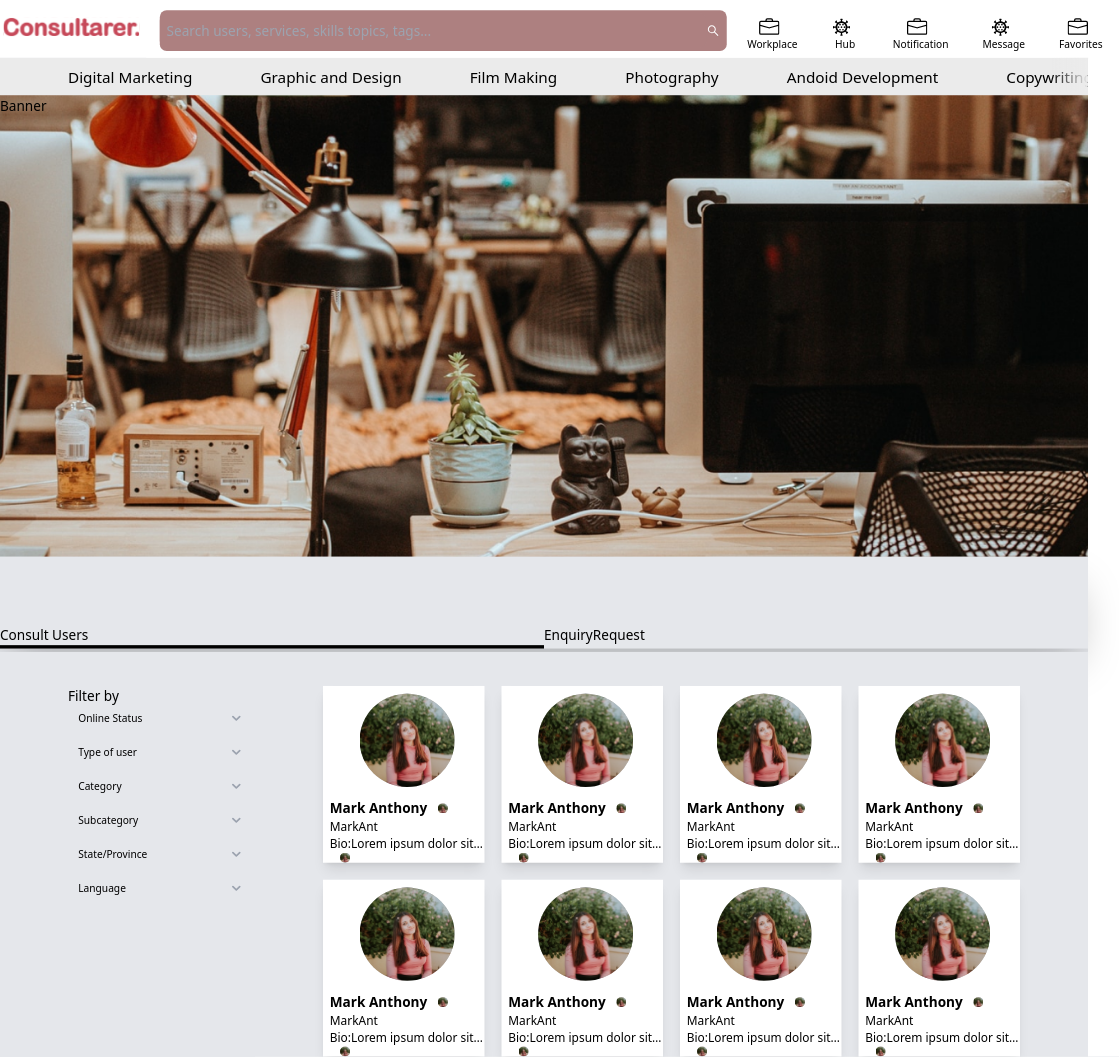
Repository: hisreal123/Consultarer
Page: /
These files come from the project's save history. The page is drawn as it stood at one moment and after the next save; the edit follows.
The browser window is 1280 px wide. The page is 1317 px wide, so the pictures cover 1317 px, including what lies to the right of the window. The pictures show the whole page, at 85% of full size.
The project was rebuilt for these pictures with package versions that can differ from the ones it lists, and the page was loaded fresh each time. The framework's server and built-in components were replaced by stand-ins that run in the browser. Also part of the build but not shown: next.config.js, webpack.config.js, components/Filter/Sortby.js.

Above is the page before, as saved 2022-04-26 00:29:37.

### pages/_app.js
import Layout from "../components/Layout";
import "../styles/globals.css";



function MyApp({ Component, pageProps }) {
  return (
    <Layout>
      <Component {...pageProps} />
    </Layout>
  );
}

export default MyApp;

### pages/index.js
import Head from "next/head";
import Image from "next/image";
import CatList from "../components/Category/CatList";
import { CatLinkData } from "../utils/CatLinkdata";
import { Banner } from "../components/Banner/Banner";
import { ContentTab } from "../components/CardContent/ContentTab";

export default function Home({ data }) {
  return (
    <div className=" ">
      <Head>
        <title>Cosultarer.</title>
        <meta name="description" content="Generated by create next app" />
        <link rel="icon" href="/favicon.ico" />
      </Head>

      <main className="bg-gray-200">
        <CatList allCatLinkData={data} />
        <Banner />
        <ContentTab />
      </main>
    </div>
  );
}

export async function getStaticProps() {
  return {
    props: {
      data: CatLinkData,
    },
    revalidate: 4 * 60 * 60,
  };
}

### components/Layout.js
import React from "react";
import { TopNav } from "./TopNav/TopNav";

const Layout = ({ children , toggle}) => {
  return (
    <div className="relative">
      <TopNav toggle={toggle}/>
      {children}
    </div>
  );
};

export default Layout;

### components/Category/CatList.js
import React from "react";
import ListLink from "./ListLink";
const CatList = ({ allCatLinkData }) => {
  return (
    <div className="relative  overflow-hidden ">
      <div className="relative">
        <ListLink data={allCatLinkData} />
      </div>
    </div>
  );
};

export default CatList;

### utils/CatLinkdata.js
// Json Array for CarTegory Section
export const CatLinkData = [
  {
    id: 1,
    Category: " Digital Marketing",
  },
  {
    id: 2,
    Category: " Graphic and Design",
  },
  {
    id: 3,
    Category: " Film Making",
  },
  {
    id: 4,
    Category: " Photography ",
  },
  {
    id: 5,
    Category: " Andoid Development ",
  },
  {
    id: 6,
    Category: " Copywriting ",
  },

  {
    id: 7,
    Category: " Photography ",
  },
  {
    id: 8,
    Category: " Andoid Development ",
  },
  {
    id: 9,
    Category: " Copywriting ",
  },
  {
    id: 10,
    Category: " Digital Marketing",
  },
  {
    id: 11,
    Category: " Graphic and Design",
  },
  {
    id: 12,
    Category: " Film Making",
  },
  {
    id: 13,
    Category: " Photography ",
  },
  {
    id: 14,
    Category: " Andoid Development ",
  },
  {
    id: 15,
    Category: " Copywriting ",
  },

  {
    id: 16,
    Category: " Photography ",
  },
  {
    id: 17,
    Category: " Andoid Development ",
  },
  {
    id: 18,
    Category: " Copywriting ",
  },
]; // End of CatLinks

// for Link Data

### components/Banner/Banner.js
import React from "react";

export const Banner = () => {
  return (
    <div className=" h-[543px]  bg-gray-200 bg-hero bg-origin-content bg-right md:bg-center bg-cover bg-no-repeat  ">
      Banner
    </div>
  );
};

### components/CardContent/ContentTab.js
import { React, Fragment, useState } from "react";
import { EnquiryRequest } from "./EnquiryRequest";
import { ConsultUsers } from "./ConsultUsers";

export const ContentTab = () => {
  const [index, setIndex] = useState(0);
  return (
    <div className="Tabs">
      <div className="tabList  grid grid-cols-2 pt-20 bg-gray-200 mb-1 shadow-2xl z-30">
        <div
          className={`tabHead   ${
            index === 0 ? " border-b-4 border-b-black   " : null
          }`}
          onClick={() => {
            setIndex(0);
          }}
        >
          <h1 className="">Consult Users</h1>
        </div>
        <div
          className={`tabHead ${
            index === 1 ? "  border-b-4 border-b-black " : null
          }`}
          onClick={() => {
            setIndex(1);
          }}
        >
          <h1>EnquiryRequest</h1>
        </div>
      </div>
      <div className="contentl ">
        <div className="tabContent" hidden={index != 0}>
          <ConsultUsers />
        </div>
        <div className="tabContent" hidden={index != 1}>
          <EnquiryRequest />
        </div>
      </div>
    </div>
  );
};

### components/TopNav/TopNav.js
import Link from "next/link";
import { React, useState } from "react";
import Search from "./Search";
import { TopNavMobile } from "../Mobile/TopNavMobile";
import { Aside } from "../Mobile/Aside";
import { AccountLinks } from "../AccountLinks";

// All design are been adjusted to mobile first
export const TopNav = () => {
  return (
    <div className=" shadow-sm ">
      {/* tablet and extended*/}
      <div className=" relative lg:flex item-center ">
        <TopNavMobile />
        <div className="wrap hidden lg:flex  lg:bg-white lg:w-screen   lg:pt-3">
          <Search
            widthStyle="  ml-4 rounded-full hidden md:block lg:mr-1 lg:flex lg:pr-2  lg:bg-[#ad8080] lg:text-white "
            inputStyle="lg:w-[643px] lg:py-2  lg:bg-[#ad8080] lg:pl-2 lg:rounded-lg lg:outline-none lg:text-white"
          />
          <div className="acct w-full relative">
            <AccountLinks />
          </div>
        </div>
      </div>
    </div>
  );
};

### components/Category/ListLink.js
import Link from "next/link";
import React from "react";
import { useRouter } from "next/router";

const ListLink = ({ data }) => {
  const router = useRouter();
  return (
    <div className="relative bg-[#EBEBEB]">
      <ul className="  relative flex whitespace-nowrap px-10 sm:px-20 space-x-10 sm:space-x-20 overflow-x-scroll scrollbar-hide py-2 md:text-lg lg:w-screen">
        {data.map((list) => (
          <li
            key={list.id}
            // onClick={() => router.push(`/${list.Category}`)}
            className="hover:scale-105 transition duration-100  cursor-pointer active:text-red-500"
          >
            {list.Category}
          </li>
        ))}
      </ul>

      <div className="absolute top-0 right-0 bg-gradient-to-l from-[#EBEBEB] h-10 w-11"></div>
    </div>
  );
};

export default ListLink;

### components/CardContent/EnquiryRequest.js
import { FilterList } from "../Filter/FilterList";
export const EnquiryRequest = () => {
  return (
    <div className="grid grid-cols-2 relative w-full bg-green-300">
    <FilterList />
    </div>
  );
};

### components/CardContent/ConsultUsers.js
import React from "react";
import { FilterList } from "../Filter/FilterList";
import { UserCard } from "./UserCard";
export const ConsultUsers = () => {
  return (
    <div className="grid grid-cols-4 pt-10 px-20 z-10 gap-20 relative w-full bg-gray-200">
      <FilterList />
      <div className="useCard col-span-3">
        <UserCard userStyle="" />
      </div>
    </div>
  );
};

### components/TopNav/Search.js
import React from "react";
import { AiOutlineSearch } from "react-icons/ai";

const Search = ({ widthStyle, mobileStyle, inputStyle , lgStyle}) => {
  return (
    <div
      className={`transition hover:shadow-md  flex items-center  relative  bg-white  justify-between pr-3 lg:mb-2 lg:rounded-lg group  ${widthStyle} ${mobileStyle} ${lgStyle}`}
    >
      <input
        type="text"
        name="search"
        id="search"
        placeholder="Search users, services, skills topics, tags... "
        className={inputStyle}
      />
      <AiOutlineSearch className="transition hover:scale-105 cursor-pointer  " />
    </div>
  );
};

export default Search;

### components/Mobile/TopNavMobile.js
import { React, useState } from "react";
import { Aside } from "../Mobile/Aside";
import { Logo } from "../Logo";
import { Profile } from "../Profile";
import Search from "../TopNav/Search";
import { MdMenu } from "react-icons/md";

export const TopNavMobile = () => {
  const [openSideBar, setOpenSideBar] = useState(false);
  return (
    <div className="mobile relative pl-1 px-2 pb-1">
      {/* mobile*/}
      {/* Adding pr-2 to make space for te search component*/}
      <div className=" relative flex justify-between items-center bg-white w-full lg:h-full">
        <div className=" relative flex items-center">
          <MdMenu
            className="text-3xl text-gray-600 mr-1 lg:hidden"
            onClick={() => setOpenSideBar(!openSideBar)}
          />
          <Logo />
        </div>
        <Profile /> {/* profile available only for mobile xs & sm screen size*/}
      </div>
      {/* Search avialable only for mobile xs & sm screen size*/}
      <Search
        widthStyle="w-full pl-2  lg:hidden"
        mobileStyle="mb-3 outline-none rounded-full border border-1 "
        inputStyle=" text-xs py-2 px-2 w-full md:text-md"
      />

      <Aside
        sidebarInfo={{ openSideBar, setOpenSideBar }}
        toggleStyle={`
      ${!openSideBar ? "-translate-x-full" : ""}
    `}
      />
    </div>
  );
};

### components/Mobile/Aside.js
import Link from "next/link";
import { React, useState } from "react";
import { GrFormClose } from "react-icons/gr";
import { AccountLinks } from "../AccountLinks";
import Divider from "../divider";
import { FilterList } from "../Filter/FilterList";
import { Logo } from "../Logo";
// Repeated Style for more than one Element
const GenDesc = "text-xs text-red-500  pl-2 py-1";

export const Aside = ({
  toggleStyle,
  sidebarInfo: { openSideBar, setOpenSideBar },
}) => {
  return (
    <div
      className={` bg-white  absolute top-0  left-0  shadow-lg overflow-hidden w-3/4  transition pb-20 z-50  md:w-50 lg:hidden
      ${openSideBar ? " " : "-translate-x-full"} ${toggleStyle}
      `}
    >
      <div className="top ">
        <div className="top flex  justify-between items-center py-2 px-2">
          <Logo />
          <GrFormClose
            className="text-3xl"
            onClick={() => setOpenSideBar(!openSideBar)}
          />
        </div>
        <Divider />
        <h4 className={GenDesc}> Account</h4>
        <AccountLinks />
        <Divider />
        <FilterList filStyle={GenDesc} />
      </div>
    </div>
  );
};

### components/AccountLinks.js
import React from "react";
import { BsBriefcase } from "react-icons/bs";
import { MdOutlineCoronavirus } from "react-icons/md";
import Divider from "./divider";

const AsideLink = [
  {
    id: 1,
    title: " Workplace",
    icon: <BsBriefcase />,
  },

  {
    id: 2,
    title: "Hub",
    icon: <MdOutlineCoronavirus />,
  },

  {
    id: 3,
    title: " Notification",
    icon: <BsBriefcase />,
  },

  {
    id: 4,
    title: "Message",
    icon: <MdOutlineCoronavirus />,
  },

  {
    id: 5,
    title: " Favorites",
    icon: <BsBriefcase />,
  },
];

export const AccountLinks = () => {
  return (
    <div className=" group md:flex md:items-center md:justify-between md:w-full relative   lg:justify-between lg:items-center">
      {AsideLink.map((item) => (
        <div
          key={item.id}
          className="flex items-center px-2 py-2 mb-1 hover:bg-red-200 last:mb-0 md:text-2xl lg:px-0 lg:pt-2 lg:flex-col lg:pl-5 lg:pr-5  lg:hover:bg-white group lg:mb-0 lg:hover:border-b lg:border-b-black transition duration-150 "
        >
          <span className="mr-2 sm:hover:text-red-400 lg:hover:text-black lg:hover:font-extrabold  transition duration-100 lg:hover:animate-bounce">
            {item.icon}
          </span>
          <h1 className="text-xs"> {item.title}</h1>
        </div>
      ))}
    </div>
  );
};

### components/Filter/FilterList.js
import Divider from "../divider";
import { FilterCheckBox } from "./FilterCheckBox";
import Sortby from "./Sortby";

export const FilterList = ({ filStyle }) => {
  return (
    <div className=" ">
      <h3 className={filStyle}> Filter by</h3>

      <div className="wrap px-2">
        <FilterCheckBox OptionTitle="Online Status" />
        <FilterCheckBox OptionTitle="Type of user" />
        <FilterCheckBox OptionTitle="Category" />
        <FilterCheckBox OptionTitle="Subcategory" />
        <FilterCheckBox OptionTitle="State/Province" />
        <FilterCheckBox OptionTitle="Language" />

        {/*<Sortby title="Sort By" subTitle="Price" />
              <Divider />
          <Sortby title=" Rating " /> */}
      </div>
    </div>
  );
};

### components/CardContent/UserCard.js
import React from "react";
import Image from "next/image";
const User = [
  {
    slug: "user1",
    ImageProfile: "/img/unsplash_x9cXI2eQLBw.svg",
    fullname: " Mark Anthony",
    username: "MarkAnt",
    verified: true,
    rank: true,
    rate: "4.5(25)",
    salary: "50",
    timePrice: "10mins",
  },

  {
    slug: "user2",
    ImageProfile: "/img/unsplash_x9cXI2eQLBw.svg",
    fullname: " Mark Anthony",
    username: "MarkAnt",
    verified: true,
    rank: true,
    rate: "4.5(25)",
    salary: "50",
    timePrice: "10mins",
  },

  {
    slug: "user3",
    ImageProfile: "/img/unsplash_x9cXI2eQLBw.svg",
    fullname: " Mark Anthony",
    username: "MarkAnt",
    verified: true,
    rank: true,
    rate: "4.5(25)",
    salary: "50",
    timePrice: "10mins",
  },

  {
    slug: "user4",
    ImageProfile: "/img/unsplash_x9cXI2eQLBw.svg",
    fullname: " Mark Anthony",
    username: "MarkAnt",
    verified: true,
    rank: true,
    rate: "4.5(25)",
    salary: "50",
    timePrice: "10mins",
  },
  {
    slug: "user5",
    ImageProfile: "/img/unsplash_x9cXI2eQLBw.svg",
    fullname: " Mark Anthony",
    username: "MarkAnt",
    verified: true,
    rank: true,
    rate: "4.5(25)",
    salary: "50",
    timePrice: "10mins",
  },

  {
    slug: "user6",
    ImageProfile: "/img/unsplash_x9cXI2eQLBw.svg",
    fullname: " Mark Anthony",
    username: "MarkAnt",
    verified: true,
    rank: true,
    rate: "4.5(25)",
    salary: "50",
    timePrice: "10mins",
  },

  {
    slug: "user7",
    ImageProfile: "/img/unsplash_x9cXI2eQLBw.svg",
    fullname: " Mark Anthony",
    username: "MarkAnt",
    verified: true,
    rank: true,
    rate: "4.5(25)",
    salary: "50",
    timePrice: "10mins",
  },

  {
    slug: "user8",
    ImageProfile: "/img/unsplash_x9cXI2eQLBw.svg",
    fullname: " Mark Anthony",
    username: "MarkAnt",
    verified: true,
    rank: true,
    rate: "4.5(25)",
    salary: "50",
    timePrice: "10mins",
  },
];

export const UserCard = ({ userStyle }) => {
  return (
    <div className={`cardWrapper relative `}>
      <div className="cardContent">
        <div className=" details relative  grid grid-cols-4 gap-5 ">
          {User.map((user, slug) => (
            <div
              className={` user relative flex flex-col bg-white pt-2 pl-2 shadow-lg ${userStyle}`}
              key={slug}
            >
              <div className="relative h-7 w-28 self-center  mb-24 ">
                <Image
                  src={user.ImageProfile}
                  height="100"
                  width="100"
                  layout="responsive"
                  alt="profile Image"
                />
              </div>
              <div className="infos relative">
                <h2 className=" font-semibold flex items-center">
                  {user.fullname}
                  {user.verified ? (
                    <div className="w-3 ml-3">
                      <Image
                        src="/img/unsplash_x9cXI2eQLBw.svg"
                        alt="verified"
                        layout="responsive"
                        height="100"
                        width="100"
                      />
                    </div>
                  ) : (
                    null(" false")
                  )}
                </h2>
                <h3 className=" font-medium text-sm"> {user.username} </h3>

                <p className="text-sm truncate">
                  Bio:
                  <span>
                    Lorem ipsum dolor sit amet, consectetur adipisicing elit.
                    Similique itaque dolore, quod hic magnam facere enim
                    temporibus esse eligen
                  </span>
                </p>

                <p className="star text-xs">
                  <div className="w-3 ml-3">
                    <Image
                      src="/img/unsplash_x9cXI2eQLBw.svg"
                      alt="verified"
                      layout="responsive"
                      height="100"
                      width="100"
                    />
                  </div>
                </p>
              </div>
            </div>
          ))}
        </div>
      </div>
    </div>
  );
};

### components/Logo.js
import Link from "next/link";
import React from "react";
import LogoPic from "../public/img/logo.svg";
export const Logo = () => {
  return (
    <div>
      <Link href="#">
        <a className="cursor-pointer">
          <LogoPic className="h-10 w-28 md:w-36 lg:h-30 lg:w-40 lg:pt-2 lg:pb-2" />
        </a>
      </Link>
    </div>
  );
};

### components/Profile.js
import React from "react";
import ProfilePic from "../public/img/unsplash_x9cXI2eQLBw.svg";

export const Profile = () => {
  return (
    <div className="group absolute right-0 pr-2 lg:hidden transition duration-150">
      <ProfilePic className="text-3xl group:hover:shadow-lg " />
      <span className="bg-green-600 h-2 w-2 absolute z-10 bottom-1 right-2  rounded-full "></span>
    </div>
  );
};

### components/divider.js
import React from "react";

function Divider() {
  return <div className="divider h-[0.08px] w-full bg-gray-300 "></div>;
}

export default Divider;

### components/Filter/FilterCheckBox.js
import { useState } from "react";
import { Listbox, Transition } from "@headlessui/react";
import { ChevronDownIcon } from "@heroicons/react/solid";

const people = [
  { id: 2, title: "Online Status" },
  { id: 3, title: "Option2" },
  { id: 4, title: "Option3" },
  { id: 5, title: "Option4" },
  { id: 5, title: "Option5" },
];

export const FilterCheckBox = ({ OptionTitle }) => {
  const [selectedPerson, setSelectedPerson] = useState(people[0]);
  return (
    <Listbox value={selectedPerson} onChange={setSelectedPerson}>
      <div className="wrap ">
        <Listbox.Button className="mb-3 p-1 text-xs flex items-center w-full  justify-between   ">
          <span className="">{OptionTitle || selectedPerson.title}</span>
          <ChevronDownIcon className="w-5 h-5 text-gray-400" />
        </Listbox.Button>

        <Listbox.Options className="px-1 bg-gray-200 relative">
          {people.map((person) => (
            /* Disabled options will be skipped by keyboard navigation. */
            <Listbox.Option
              key={person.id}
              value={person}
              className="text-xs py-1 md:text-lg "
            >
              {({ active, selected }) => (
                <li
                  className={` py-1 px-2 ${
                    active ? "bg-blue-500 text-white " : "text-black"
                  }`}
                >
                  {selected}
                  {person.title}
                </li>
              )}
            </Listbox.Option>
          ))}
        </Listbox.Options>
      </div>
    </Listbox>
  );
};

### tailwind.config.js
module.exports = {
  mode: "jit",
  content: [
    "./pages/**/*.{js,ts,jsx,tsx}",
    "./components/**/*.{js,ts,jsx,tsx}",
  ],
  theme: {
    extend: {
      backgroundImage: {
        hero: "url('/img/BannerImage.png')",
      },
    },
  },
  plugins: [require("tailwind-scrollbar-hide")],
};

Loaded but not shown: styles/globals.css (common file)

After the next save:
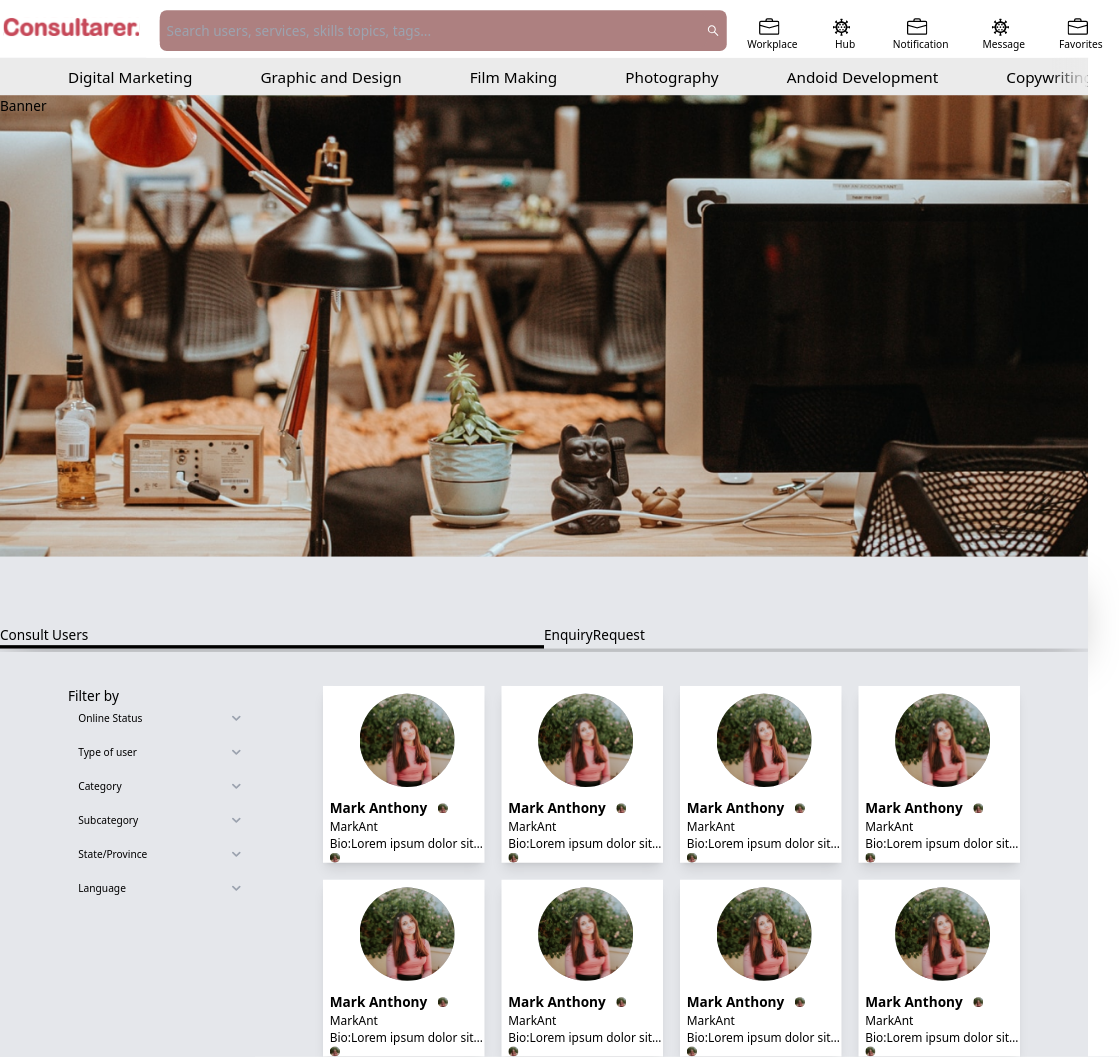
Saved 12 s later.
--- a/components/CardContent/UserCard.js
+++ b/components/CardContent/UserCard.js
@@ -145,7 +145,7 @@ export const UserCard = ({ userStyle }) => {
                 </p>
 
                 <p className="star text-xs">
-                  <div className="w-3 ml-3">
+                  <div className="w-3 ">
                     <Image
                       src="/img/unsplash_x9cXI2eQLBw.svg"
                       alt="verified"
